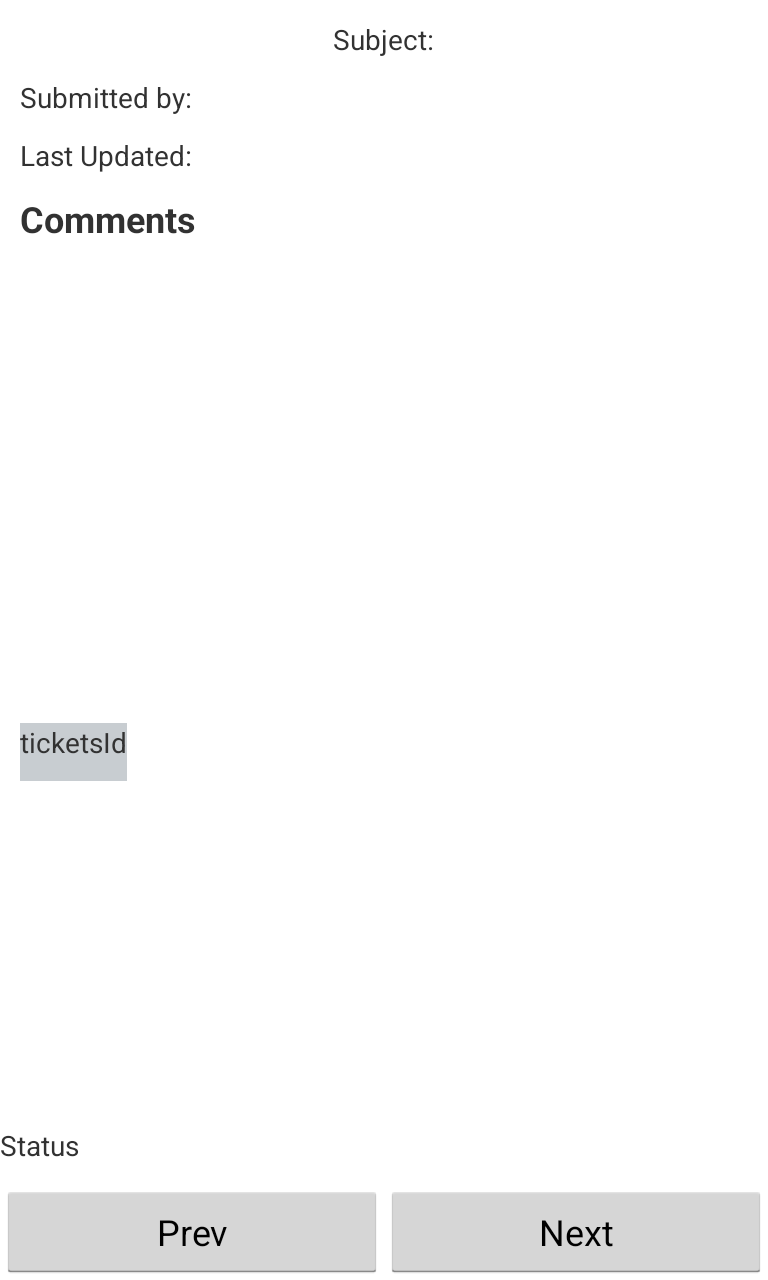
Repository: Pradeep-appstute/First
Layout: Control/res/layout/ticketdetails_view.xml
These files come from the project's save history. The layout is drawn as it stood at one moment and after a run of saves; the edit follows.
It is drawn on a 768 x 1280 px phone screen (xhdpi) without system bars, with theme AppTheme; the app's code is not run. Lists and similar views that code fills are empty.

Above is the layout before, as saved 2014-02-28 10:07:15.

### Control/res/layout/ticketdetails_view.xml
<?xml version="1.0" encoding="utf-8"?>
<RelativeLayout xmlns:android="http://schemas.android.com/apk/res/android"
    android:layout_width="match_parent"
    android:layout_height="match_parent" >

    <LinearLayout
        android:layout_width="match_parent"
        android:layout_height="match_parent"
        android:orientation="vertical"
        android:padding="10dip" >

        <LinearLayout
            android:layout_width="match_parent"
            android:layout_height="wrap_content"
            android:layout_marginBottom="10dp"
            android:gravity="center_horizontal"
            android:orientation="horizontal" >

            <TextView
                android:layout_width="wrap_content"
                android:layout_height="wrap_content"
                android:text="@string/ticketdetails_subject" />

            <TextView
                android:id="@+id/textViewSubjectValue"
                android:layout_width="wrap_content"
                android:layout_height="wrap_content"
                android:text="" />
        </LinearLayout>

        <LinearLayout
            android:layout_width="match_parent"
            android:layout_height="wrap_content"
            android:layout_marginBottom="10dp"
            android:orientation="horizontal" >

            <TextView
                android:layout_width="wrap_content"
                android:layout_height="wrap_content"
                android:text="@string/ticketdetails_submittedby" />

            <TextView
                android:id="@+id/textViewSubmittedByValue"
                android:layout_width="wrap_content"
                android:layout_height="wrap_content"
                android:text="" />
        </LinearLayout>

        <LinearLayout
            android:layout_width="match_parent"
            android:layout_height="wrap_content"
            android:layout_marginBottom="10dp"
            android:orientation="horizontal" >

            <TextView
                android:layout_width="wrap_content"
                android:layout_height="wrap_content"
                android:text="@string/ticketdetails_lastupdated" />

            <TextView
                android:id="@+id/textViewLastUpdatedValue"
                android:layout_width="wrap_content"
                android:layout_height="wrap_content"
                android:text="" />
        </LinearLayout>

        <TextView
            android:layout_width="wrap_content"
            android:layout_height="wrap_content"
            android:text="@string/ticketdetails_comments"
            android:textSize="18dip"
            android:textStyle="bold" />

        <ListView
            android:id="@+id/listViewComment"
            android:layout_width="match_parent"
            android:layout_height="240dp" >
        </ListView>

        <RelativeLayout
            android:layout_width="wrap_content"
            android:layout_height="wrap_content"
            android:background="#4345" >

            <LinearLayout
                android:layout_width="wrap_content"
                android:layout_height="wrap_content"
                android:layout_marginBottom="10dp"
                android:gravity="center_horizontal"
                android:orientation="horizontal" >

                <TextView
                    android:layout_width="wrap_content"
                    android:layout_height="wrap_content"
                    android:text="@string/ticketdetails_ticketsId" />

                <TextView
                    android:id="@+id/textViewticketsIdValue"
                    android:layout_width="wrap_content"
                    android:layout_height="wrap_content"
                    android:text="" />
            </LinearLayout>


        </RelativeLayout>
    </LinearLayout>

                <LinearLayout
                    android:layout_above="@id/linbottombar"

                android:layout_width="wrap_content"
                android:layout_height="wrap_content"
                android:layout_marginBottom="10dp"
                android:gravity="center_horizontal"
                android:orientation="horizontal" >

                <TextView
                    android:layout_width="wrap_content"
                    android:layout_height="wrap_content"
                    android:text="@string/ticketdetails_status" />

                <TextView
                    android:id="@+id/textViewStatusValue"
                    android:layout_width="wrap_content"
                    android:layout_height="wrap_content"
                    android:text="" />
            </LinearLayout>
    <LinearLayout
        android:id="@+id/linbottombar"
        android:layout_width="match_parent"
        android:layout_height="wrap_content"
        android:orientation="horizontal"
        android:layout_alignParentBottom="true"
        android:layout_alignParentLeft="true"
        >

        <Button
            android:layout_width="fill_parent"
            android:layout_height="wrap_content"
            android:layout_weight="1"
            android:text="@string/ticketdetails_prev" />

        <Button
            android:id="@+id/textViewSubmittedByValue"
            android:layout_width="fill_parent"
            android:layout_height="wrap_content"
            android:layout_weight="1"
            android:text="@string/ticketdetails_next" />
    </LinearLayout>

</RelativeLayout>

### Control/res/values/strings.xml
<?xml version="1.0" encoding="utf-8"?>
<resources>

    <string name="app_name">Control</string>
    <string name="action_settings">Settings</string>
    <string name="Login">Login</string>
    <string name="forgotusername">Forgot Username</string>
    <string name="forgotpassword">Forgot Password</string>

    <!-- AlertDialog -->
    <string name="ok">OK</string>
    <string name="yes">YES</string>
    <string name="no">NO</string>
    <!-- Slider Menu -->
    <string name="emptystring">Control</string>
    <string name="textViewListHeaderMSG">MASERGY</string>

    <!-- Submit Screen -->
    <string name="name">Name:</string>
    <string name="email">Email:</string>
    <string name="phone">Phone:</string>
    <string name="subject">Subject:</string>
    <string name="bundle">Bundle:</string>
    <string name="description">Description:</string>
    <string name="createticket">Create Tciket</string>

    <!-- Ticket Detail Screen -->
    <string name="ticketdetails_subject">Subject:</string>
    <string name="ticketdetails_submittedby">Submitted by:</string>
    <string name="ticketdetails_lastupdated">Last Updated:</string>
    <string name="ticketdetails_comments">Comments</string>
     <string name="ticketdetails_ticketsId">ticketsId</string>
      <string name="ticketdetails_status">Status</string>
    <string name="ticketdetails_next">Next</string>
    <string name="ticketdetails_prev">Prev</string>

</resources>

Loaded but not shown: Control/res/values/styles.xml (common file); Control/res/values-v11/styles.xml (common file); Control/res/values-v14/styles.xml (common file)

After the next 2 saves:
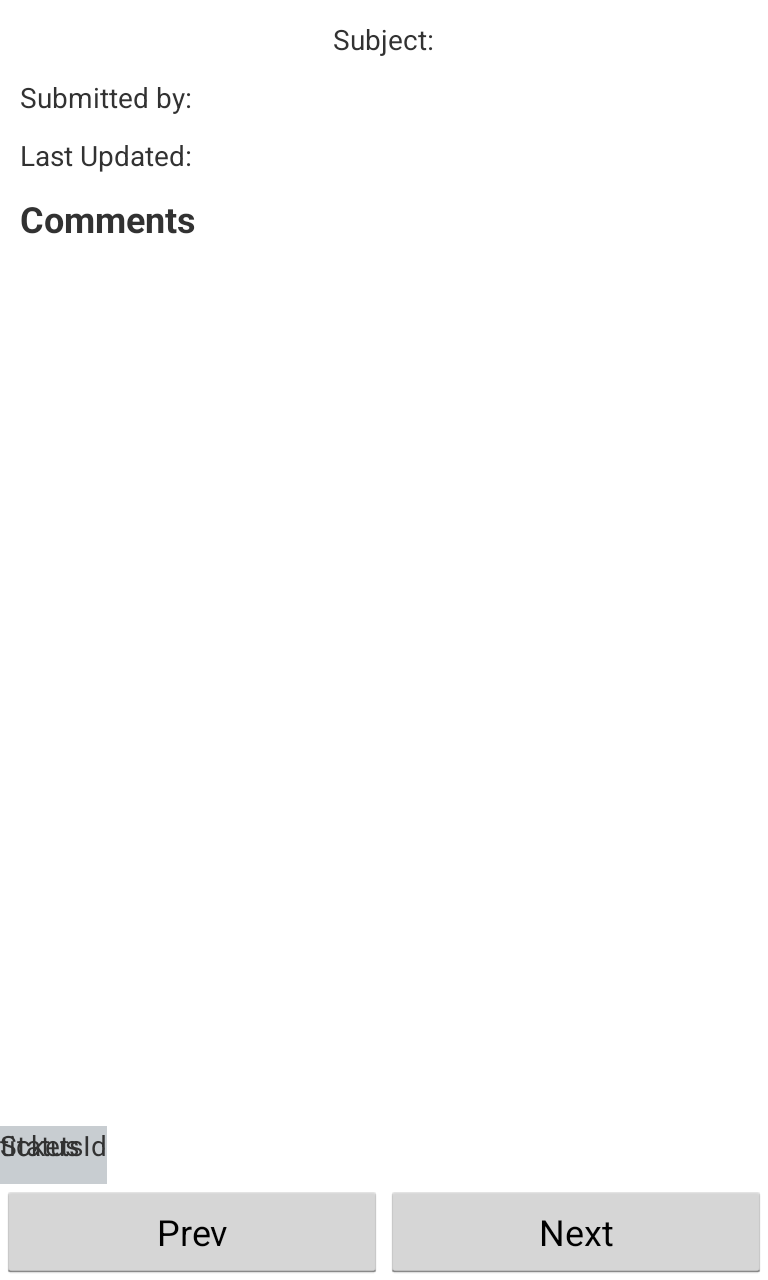
The 2 saves are shown as one change because they came seconds apart.
The last was saved 65 s later.
--- a/Control/res/layout/ticketdetails_view.xml
+++ b/Control/res/layout/ticketdetails_view.xml
@@ -76,63 +76,60 @@
             android:layout_width="match_parent"
             android:layout_height="240dp" >
         </ListView>
+    </LinearLayout>
 
-        <RelativeLayout
+    <RelativeLayout
+        android:layout_width="wrap_content"
+        android:layout_height="wrap_content"
+        android:layout_above="@id/linbottombar"
+        android:background="#4345" >
+
+        <LinearLayout
             android:layout_width="wrap_content"
             android:layout_height="wrap_content"
-            android:background="#4345" >
+            android:layout_marginBottom="10dp"
+            android:gravity="center_horizontal"
+            android:orientation="horizontal" >
 
-            <LinearLayout
+            <TextView
                 android:layout_width="wrap_content"
                 android:layout_height="wrap_content"
-                android:layout_marginBottom="10dp"
-                android:gravity="center_horizontal"
-                android:orientation="horizontal" >
+                android:text="@string/ticketdetails_ticketsId" />
 
-                <TextView
-                    android:layout_width="wrap_content"
-                    android:layout_height="wrap_content"
-                    android:text="@string/ticketdetails_ticketsId" />
-
-                <TextView
-                    android:id="@+id/textViewticketsIdValue"
-                    android:layout_width="wrap_content"
-                    android:layout_height="wrap_content"
-                    android:text="" />
-            </LinearLayout>
-
-
-        </RelativeLayout>
-    </LinearLayout>
-
-                <LinearLayout
-                    android:layout_above="@id/linbottombar"
-
+            <TextView
+                android:id="@+id/textViewticketsIdValue"
                 android:layout_width="wrap_content"
                 android:layout_height="wrap_content"
-                android:layout_marginBottom="10dp"
-                android:gravity="center_horizontal"
-                android:orientation="horizontal" >
+                android:text="" />
+        </LinearLayout>
 
-                <TextView
-                    android:layout_width="wrap_content"
-                    android:layout_height="wrap_content"
-                    android:text="@string/ticketdetails_status" />
+        <LinearLayout
+            android:layout_width="wrap_content"
+            android:layout_height="wrap_content"
+            android:layout_marginBottom="10dp"
+            android:gravity="center_horizontal"
+            android:orientation="horizontal" >
 
-                <TextView
-                    android:id="@+id/textViewStatusValue"
-                    android:layout_width="wrap_content"
-                    android:layout_height="wrap_content"
-                    android:text="" />
-            </LinearLayout>
+            <TextView
+                android:layout_width="wrap_content"
+                android:layout_height="wrap_content"
+                android:text="@string/ticketdetails_status" />
+
+            <TextView
+                android:id="@+id/textViewStatusValue"
+                android:layout_width="wrap_content"
+                android:layout_height="wrap_content"
+                android:text="" />
+        </LinearLayout>
+    </RelativeLayout>
+
     <LinearLayout
         android:id="@+id/linbottombar"
         android:layout_width="match_parent"
         android:layout_height="wrap_content"
-        android:orientation="horizontal"
         android:layout_alignParentBottom="true"
         android:layout_alignParentLeft="true"
-        >
+        android:orientation="horizontal" >
 
         <Button
             android:layout_width="fill_parent"
